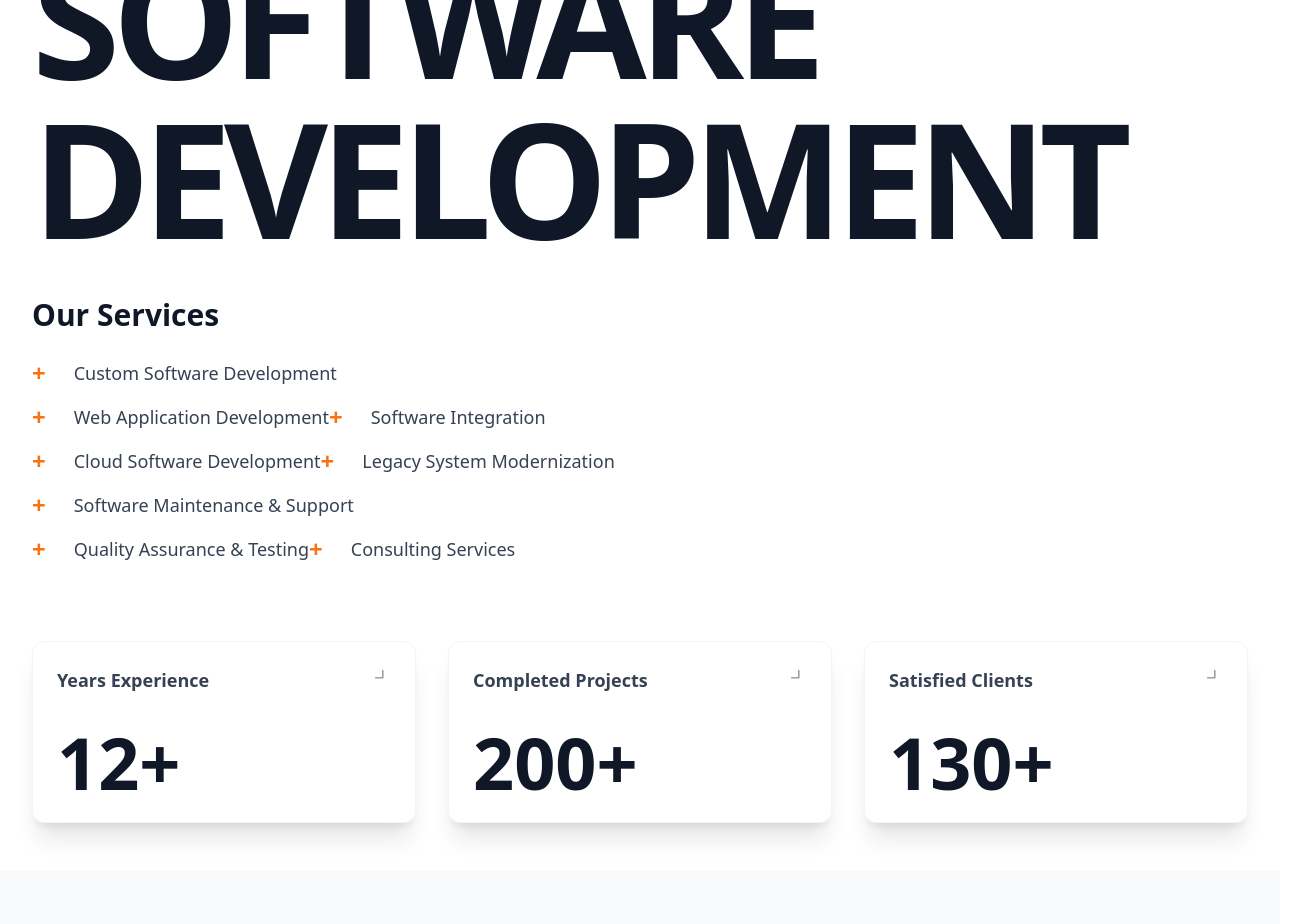
Repository: mdmuhibullahhabib/weboria
Page: /services
The author's editor kept a copy of each file at every save. The page is drawn from the files as they stood at one save, then again after a run of saves.
The browser window is 1280 px wide. The page is 1313 px wide, so the pictures cover 1313 px, including what lies to the right of the window. The pictures show the part of the page from y = 772 to 1696 px (the page is 7751 px tall).
The project was rebuilt for these pictures with package versions that can differ from the ones it lists, and the page was loaded fresh each time. The framework's server and built-in components were replaced by stand-ins that run in the browser. Also part of the build but not shown: next.config.mjs.

Above is the page before, as saved 2025-10-05 15:22:46.

After the next 2 saves:
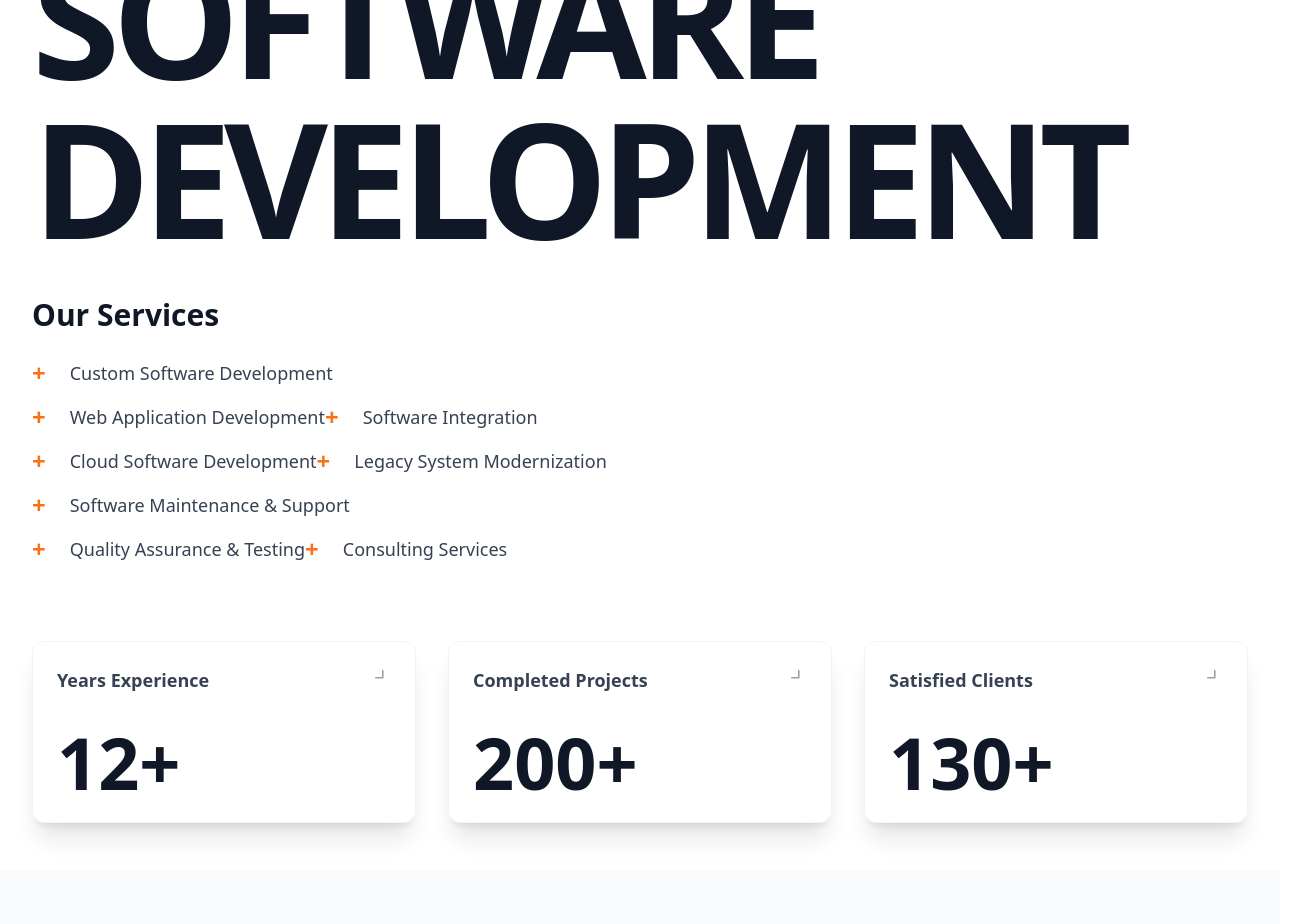
The 2 saves are shown as one change because they came seconds apart.
The last was saved 25 s later.
--- a/src/app/services/page.jsx
+++ b/src/app/services/page.jsx
@@ -81,7 +81,7 @@
   <div className="flex items-center mb-3 gap-4 hover:translate-x-1 transition-transform duration-300">
     {/* + icon */}
     <span
-      className="text-2xl font-bold mr-3 flex-shrink-0"
+      className="text-2xl font-bold mr-2 flex-shrink-0"
       style={{ color: '#f97316' }}
     >
       +

After the save that followed:
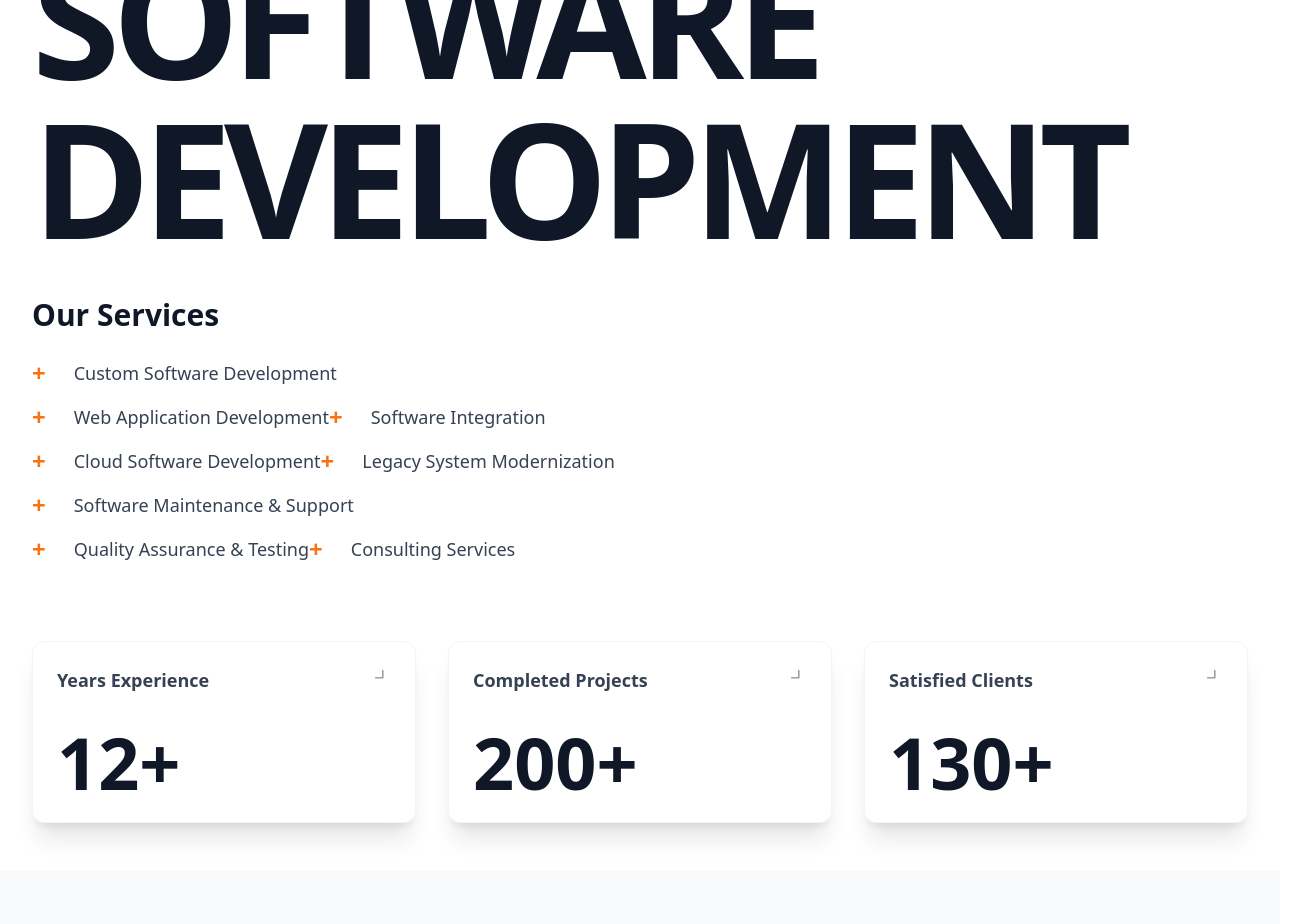
Saved 19 s later.
--- a/src/app/services/page.jsx
+++ b/src/app/services/page.jsx
@@ -81,7 +81,7 @@
   <div className="flex items-center mb-3 gap-4 hover:translate-x-1 transition-transform duration-300">
     {/* + icon */}
     <span
-      className="text-2xl font-bold mr-2 flex-shrink-0"
+      className="text-2xl font-bold mr-3 flex-shrink-0"
       style={{ color: '#f97316' }}
     >
       +
